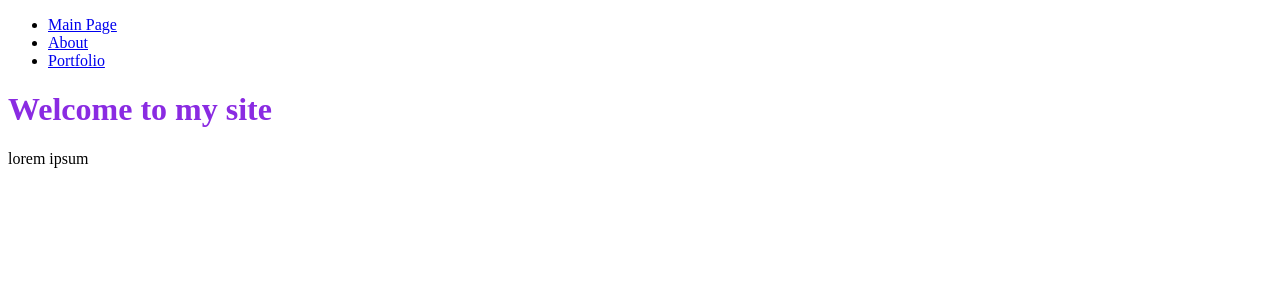
Repository: MelindaN14/My-Personal-Website
Page: index.html
These files come from the project's save history. The page is drawn as it stood at one moment and after a run of saves; the edit follows.
The browser window is 1280 px wide. The pictures show the whole page.

Above is the page before, as saved 2024-03-18 20:51:24.

### index.html
<!DOCTYPE html>
<html lang="en">
  <head>
    <meta charset="UTF-8" />
    <meta name="viewport" content="width=device-width, initial-scale=1.0" />
    <link rel="stylesheet" a href="style.css">
    <title>Main</title>
    <header>
      <nav>
        <ul>
          <li><a href="index.html">Main Page</a></li>
          <li><a href="about.html">About</a></li>
          <li><a href="portfolio.html">Portfolio</a></li>
        </ul>
      </nav>
    </header>
  </head>
  <h1>Welcome to my site</h1>
  <p>lorem ipsum</p>
  <body></body>
</html>

### style.css
h1 {
    color:blueviolet
}
p{
    color:
}

After the next 2 saves:
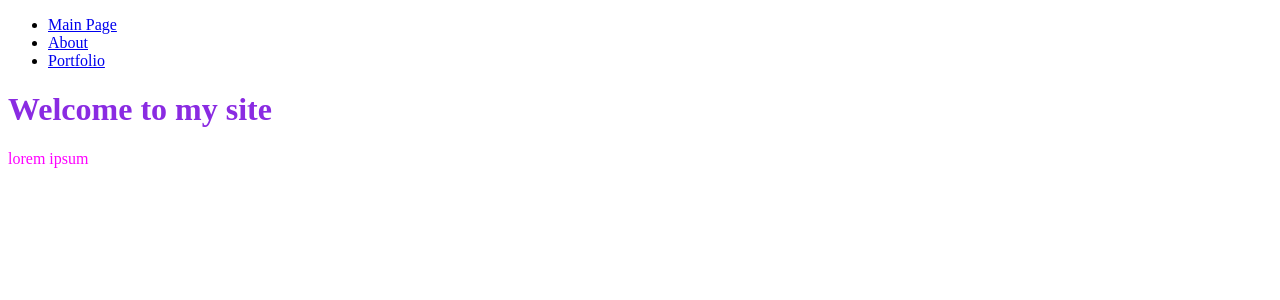
The 2 saves are shown as one change because they came seconds apart.
The last was saved 9 s later.
--- a/style.css
+++ b/style.css
@@ -2,5 +2,5 @@ h1 {
     color:blueviolet
 }
 p{
-    color:
+    color:magenta;
 }
